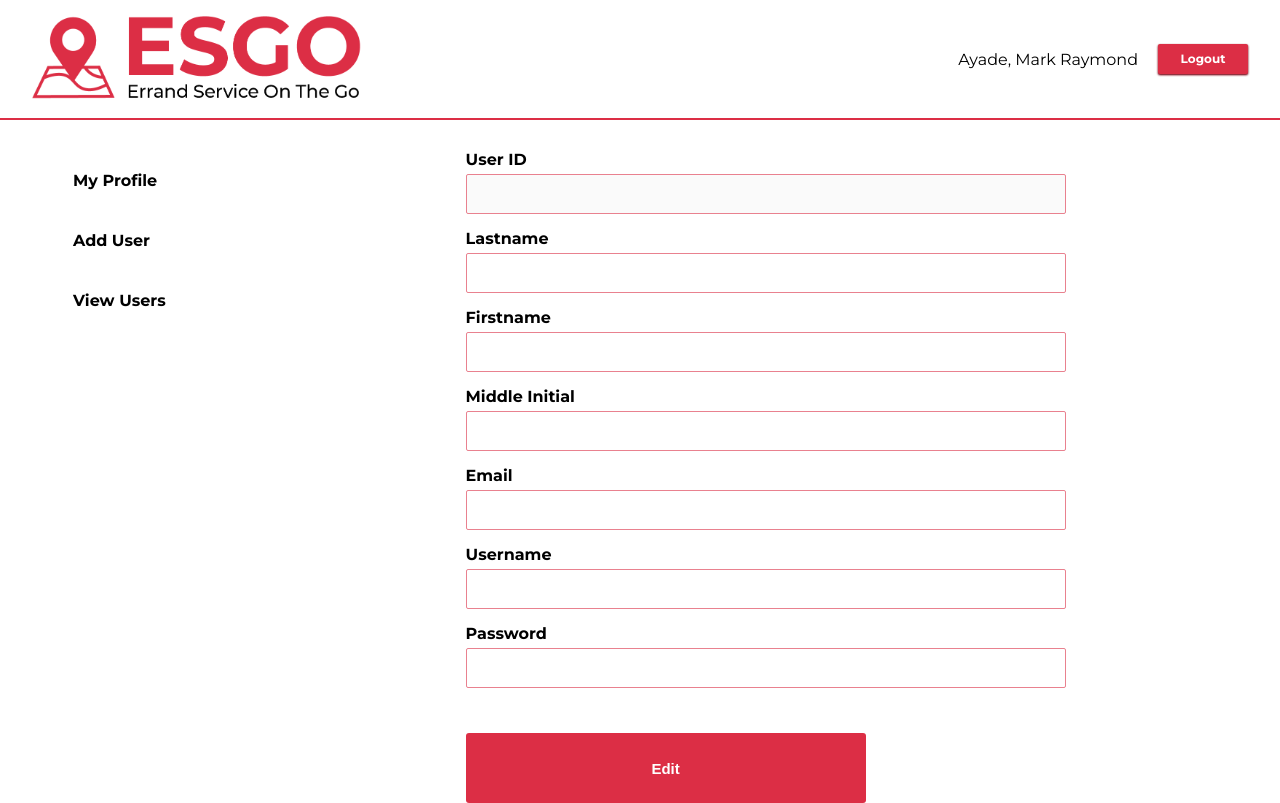
Repository: azkalonz/Int-Prog-2
Page: http://localhost/Int_Prog_2/?page=home
These files come from the project's save history. The page is drawn as it stood at one moment and after a run of saves; the edit follows.
The browser window is 1280 px wide. The pictures show the whole page.
The page is served by Tomcat 9.

Above is the page before, as saved 2021-03-30 05:47:36.

After the next 2 saves:
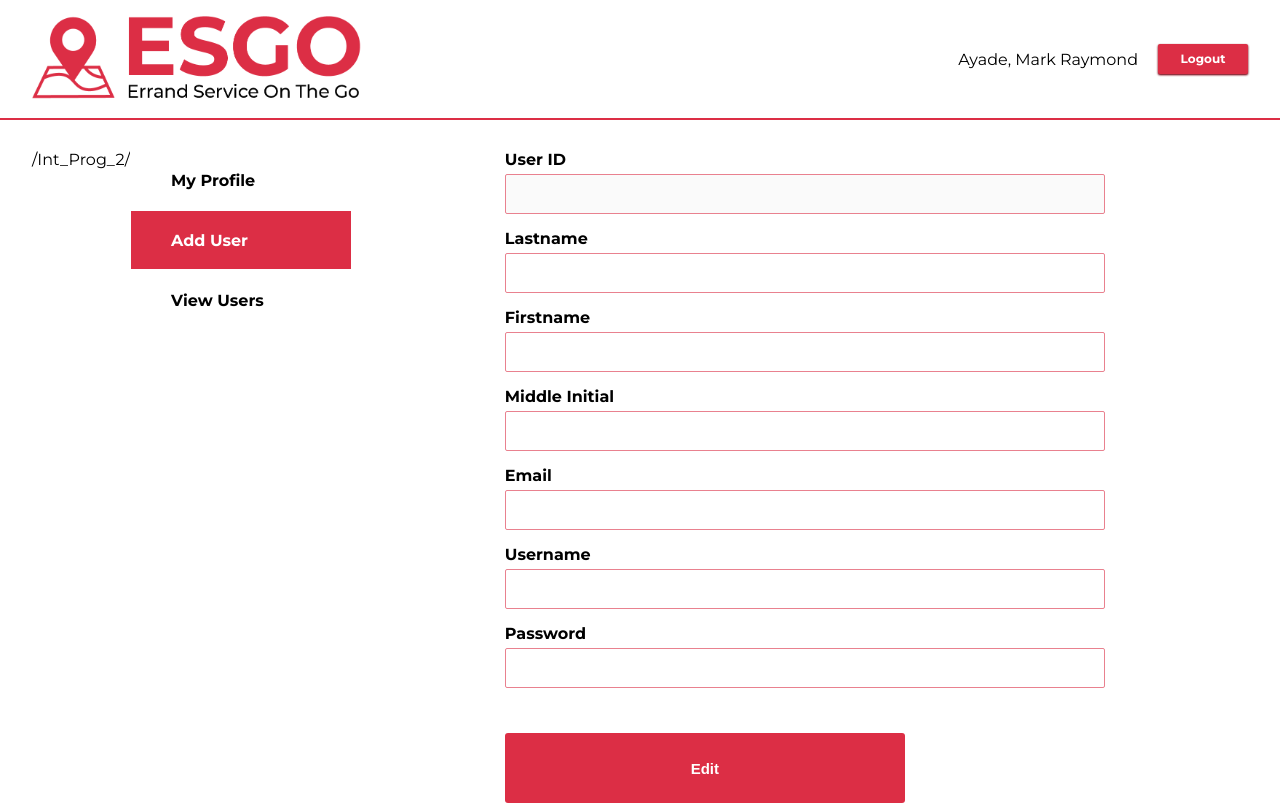
The 2 saves are shown as one change because they came seconds apart.
The last was saved 9 s later.
--- a/Int Prog 2/WebContent/WEB-INF/layout/nav.jsp
+++ b/Int Prog 2/WebContent/WEB-INF/layout/nav.jsp
@@ -1,11 +1,11 @@
 <%@taglib prefix="c" uri="http://java.sun.com/jsp/jstl/core"%>
-
+<%= request.getRequestURI() %>
 <div class="nav">
     <a href="<%=request.getContextPath()%>">
         <div class="links">My Profile</div>
     </a>
     <a href="<%=request.getContextPath()%>/register">
-        <div class="links<c:if test="${1==1}"></c:if>">Add User</div>
+        <div class="links<c:if test="${1==1}"> active</c:if>">Add User</div>
     </a>
     <a href="./users.html">
         <div class="links">View Users</div>
